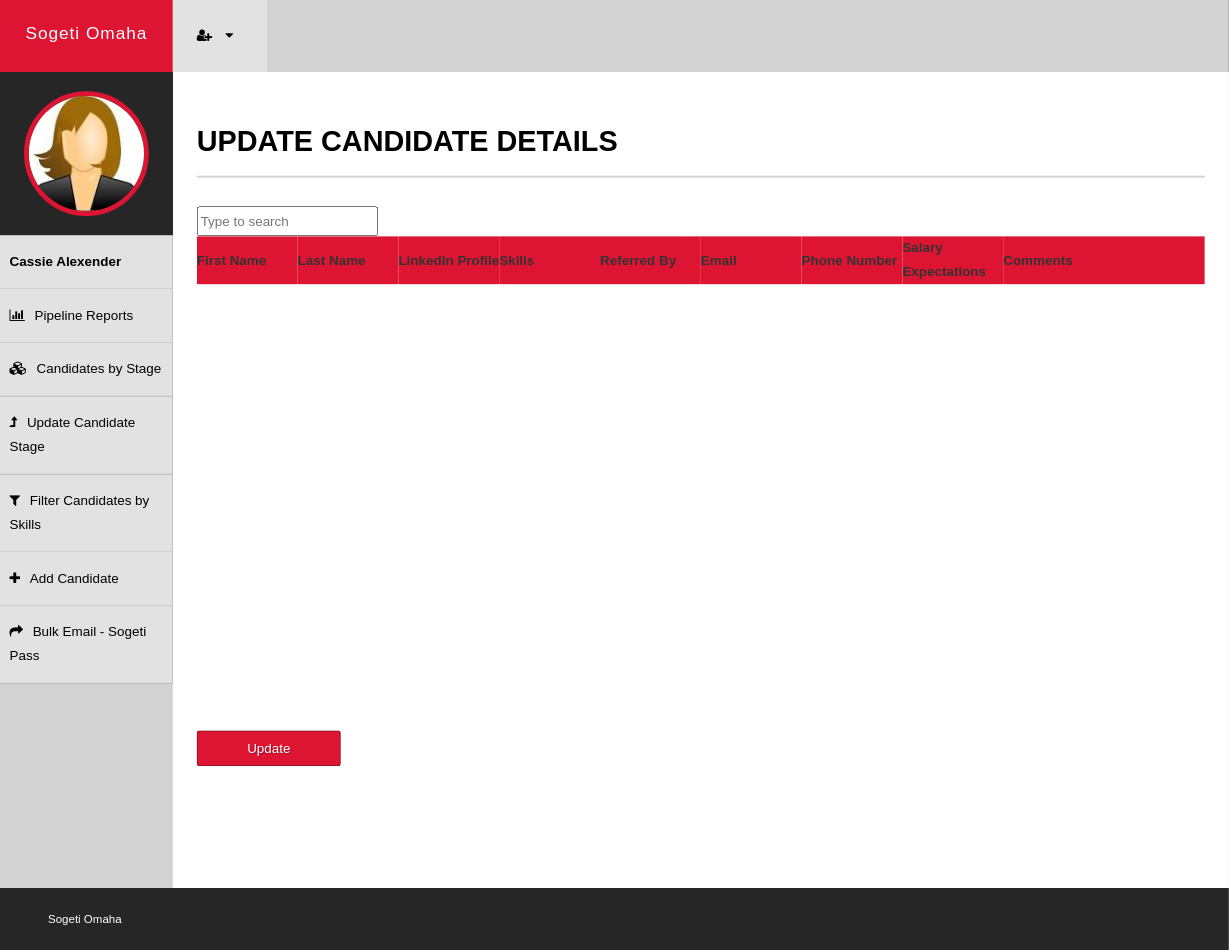
Repository: prasanana/Omaha-Sogeti-Recruiting
Page: http://localhost/Omaha_Sogeti_Recruitment/ModifyCandidateDetails.jsp
The author's editor kept a copy of each file at every save. The page is drawn from the files as they stood at one save, then again after the next save.
The browser window is 1280 px wide. The pictures show the whole page, at 96% of full size.
Some web fonts or font styles are not loaded; a fallback is used. The page is served by Tomcat 9.

Above is the page before, as saved 2015-03-26 18:00:26.

After the next save:
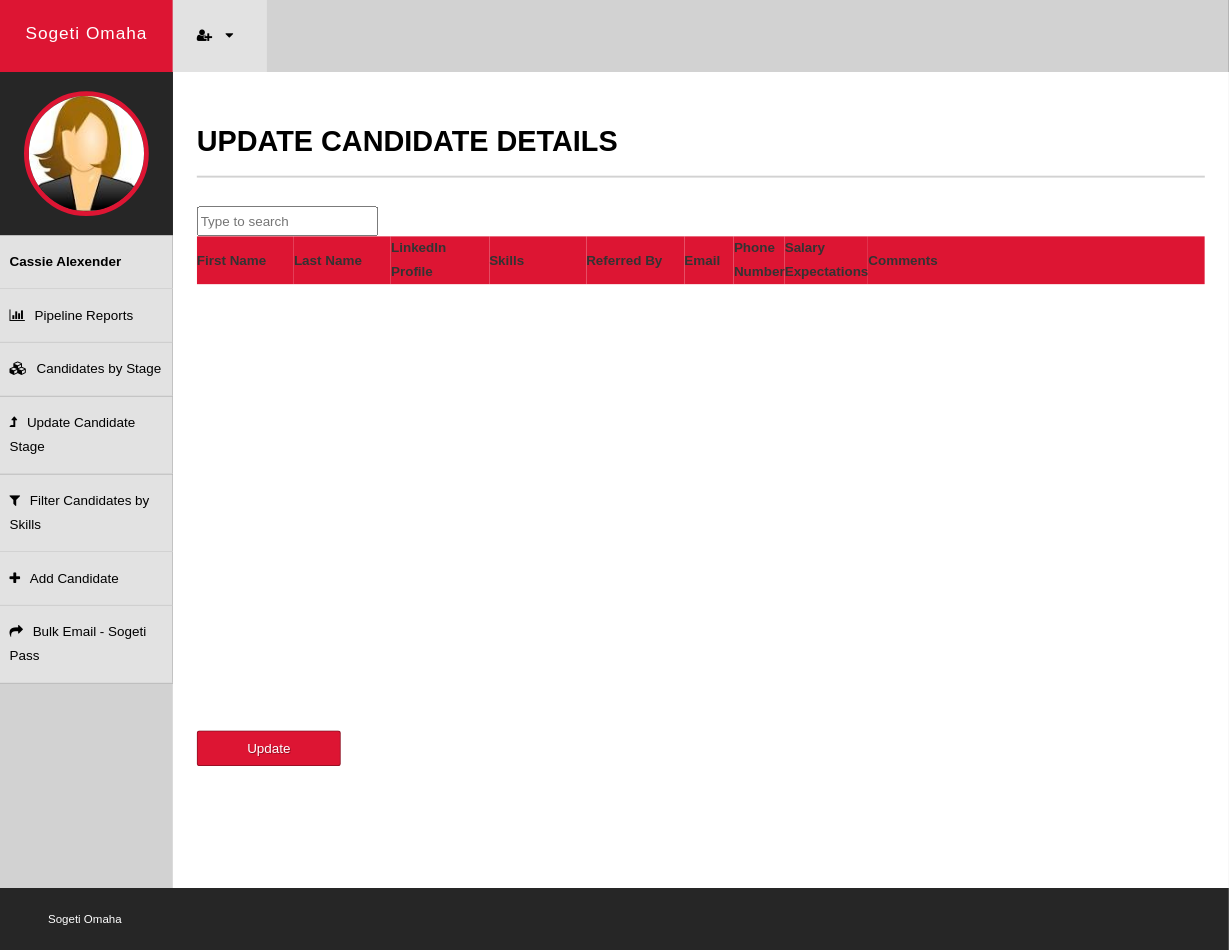
Saved 22 s later.
--- a/OmahaSogetiRecruitingWS/Omaha_Sogeti_Recruitment/WebContent/ModifyCandidateDetails.jsp
+++ b/OmahaSogetiRecruitingWS/Omaha_Sogeti_Recruitment/WebContent/ModifyCandidateDetails.jsp
@@ -106,10 +106,10 @@
 				      <th width = "10%">LinkedIn Profile</th>
 				      <th width = "10%">Skills</th>
 				      <th width = "10%">Referred By</th>
-				      <th width = "10%">Email</th>
-				      <th width = "10%">Phone Number</th>
-				      <th width = "10%">Salary Expectations</th>
-				      <th width = "20%">Comments</th>
+				      <th width = "5%">Email</th>
+				      <th width = "5%">Phone Number</th>
+				      <th width = "5%">Salary Expectations</th>
+				      <th width = "35%">Comments</th>
 				    </tr>
 				</thead>
 
